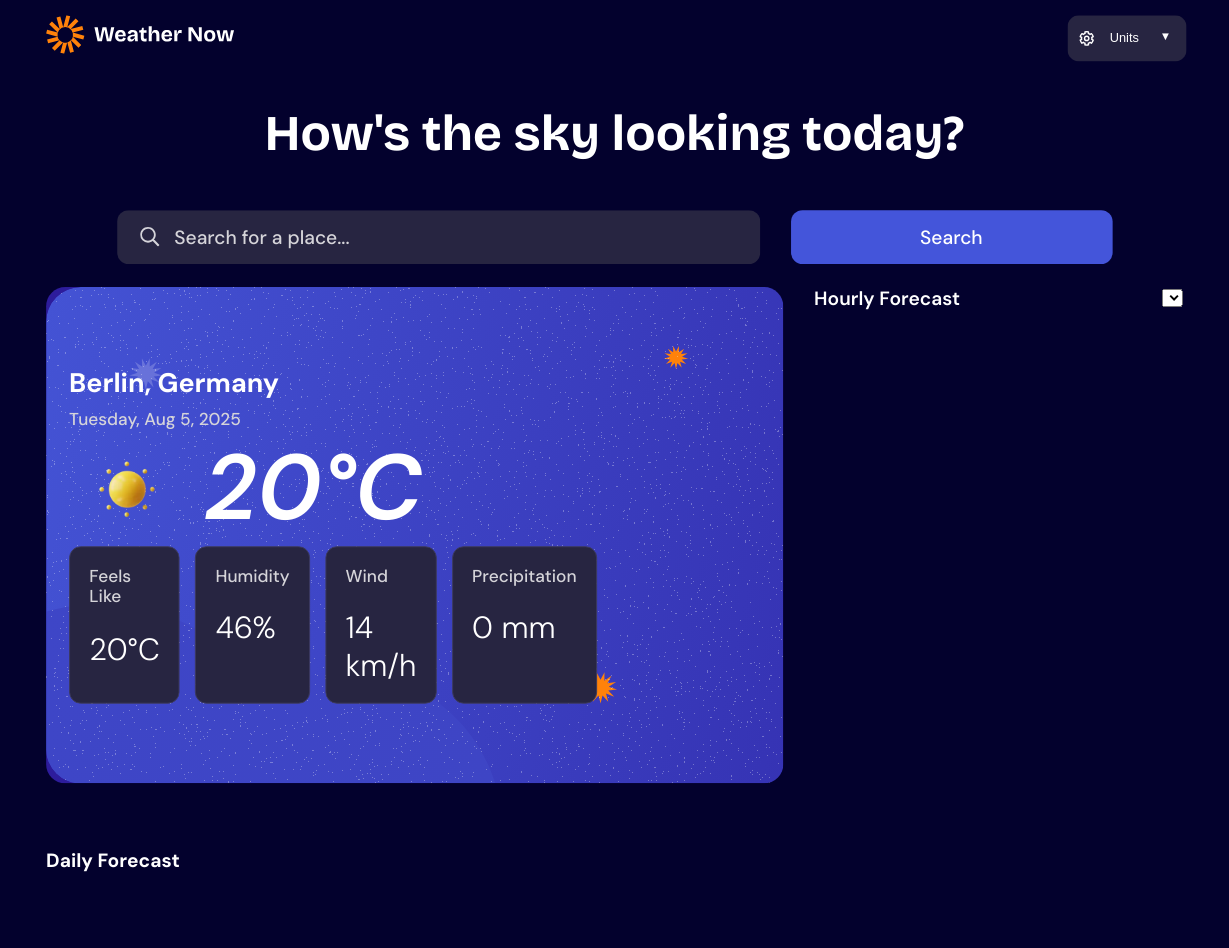
Repository: MKwaak/weather-app-main
Page: index.html
An editor plug-in stored every save of this project. The page is shown before and after the next save, followed by the edit.
The browser window is 1280 px wide. The pictures show the whole page, at 96% of full size.
The page's requests for data from a server got no answer.

Above is the page before, as saved 2026-01-29 00:12:23.

### index.html
<!doctype html>
<html lang="en">
  <head>
    <meta charset="UTF-8" />
    <meta name="viewport" content="width=device-width, initial-scale=1.0" />
    <!-- displays site properly based on user's device -->

    <link
      rel="icon"
      type="image/png"
      sizes="32x32"
      href="/assets/images/favicon-32x32.png"
    />

    <title>Frontend Mentor | Weather app</title>
    <link rel="stylesheet" href="/style.css" />
    <script src="/script.js" defer></script>

    <!-- Feel free to remove these styles or customise in your own stylesheet 👍 -->
    <style>
      .attribution {
        font-size: 11px;
        text-align: center;
      }
      .attribution a {
        color: hsl(228, 45%, 44%);
      }
    </style>
  </head>
  <body>
    <a href="#main" class="skip-link visually-hidden">skip to main content</a>

    <header class="header wrapper">
      <div class="header__content">
        <a class="header__homelink" href="/">
          <img
            class="header__logo"
            src="/assets/images/logo.svg"
            alt="Weather Now Home"
            width="197"
            height="40"
          />
        </a>

        <div class="header__units">
          <label for="ddlUnits" class="visually-hidden"
            >Temperature units</label
          >

          <div class="header__select">
            <select class="header__dropdown" name="units" id="ddlUnits">
              <option value="">Units</option>
              <option value="C">Celsius</option>
              <option value="F">Fahrenheit</option>
            </select>
          </div>
        </div>
      </div>
    </header>

    <main id="main" class="main wrapper">
      <section class="hero">
        <div class="hero__content">
          <h1 class="hero__title">How's the sky looking today?</h1>

          <form class="hero__search">
            <label for="search" class="visually-hidden">Search Location</label>
            <input
              type="text"
              id="search"
              class="hero__textbox"
              placeholder="Search for a place..."
            />
            <button class="hero__button" type="submit">Search</button>
          </form>
        </div>
      </section>

      <div class="dashboard">
        <section class="current">
          <h2 class="visually-hidden">Current Location Temperature</h2>

          <div class="current__content">
            <div class="current__weather">
              <div class="current__location">
                <div id="divCityCountry" class="current__city">
                  Berlin, Germany
                </div>
                <div id="divCurrentDate" class="current__date">
                  Tuesday, Aug 5, 2025
                </div>
              </div>

              <div class="current__info">
                <img
                  class="current__icon"
                  src="/assets/images/icon-sunny.webp"
                  alt=""
                  width="320"
                  height="320"
                />
                <div id="divCurrentTemp" class="current__temp">
                  <span>20</span>°C
                </div>
              </div>
            </div>

            <div class="current__conditions">
              <div class="block current__condition">
                <p class="current__condition-title">Feels Like</p>
                <p id="feels-like" class="current__condition-value">20°C</p>
              </div>

              <div class="block current__condition">
                <p class="current__condition-title">Humidity</p>
                <p id="humidity" class="current__condition-value">46%</p>
              </div>

              <div class="block current__condition">
                <p class="current__condition-title">Wind</p>
                <p id="wind" class="current__condition-value">14 km/h</p>
              </div>

              <div class="block current__condition">
                <p class="current__condition-title">Precipitation</p>
                <p id="precipitation" class="current__condition-value">0 mm</p>
              </div>
            </div>
          </div>
        </section>

        <section class="daily">
          <h2 class="section__title daily__title">Daily Forecast</h2>
          <div class="daily__forecast" id="dailyForecast"></div>
        </section>

        <section class="hourly">
          <div class="hourly__content">
            <div class="hourly__header">
              <h2 class="section__title hourly__title">Hourly Forecast</h2>
              <label for="hourlyDay" class="visually-hidden">Select day</label>
              <select
                name="hourly-day"
                id="hourlyDay"
                class="hourly__timeframe-select"
              >
                <!-- JS will inject current day -->
              </select>
            </div>

            <div class="hourly__hours" id="hourlyForecast">
              <!-- JS will inject hourly blocks here -->
            </div>
          </div>
        </section>
      </div>
    </main>
  </body>
</html>

### style.css
@layer global {
  /* dm-sans-300 - latin */
  @font-face {
    font-display: swap; /* Check https://developer.mozilla.org/en-US/docs/Web/CSS/@font-face/font-display for other options. */
    font-family: "DM Sans";
    font-style: normal;
    font-weight: 300;
    src: url("/assets/fonts/dm-sans-v17-latin-300.woff2") format("woff2"); /* Fixed path */
  }
  /* dm-sans-500 - latin */
  @font-face {
    font-display: swap; /* Check https://developer.mozilla.org/en-US/docs/Web/CSS/@font-face/font-display for other options. */
    font-family: "DM Sans";
    font-style: normal;
    font-weight: 500;
    src: url("/assets/fonts/dm-sans-v17-latin-500.woff2") format("woff2"); /* Fixed path */
  }
  /* dm-sans-600 - latin */
  @font-face {
    font-display: swap; /* Check https://developer.mozilla.org/en-US/docs/Web/CSS/@font-face/font-display for other options. */
    font-family: "DM Sans";
    font-style: normal;
    font-weight: 600;
    src: url("/assets/fonts/dm-sans-v17-latin-600.woff2") format("woff2"); /* Fixed path */
  }
  /* dm-sans-600italic - latin */
  @font-face {
    font-display: swap; /* Check https://developer.mozilla.org/en-US/docs/Web/CSS/@font-face/font-display for other options. */
    font-family: "DM Sans";
    font-style: italic;
    font-weight: 600;
    src: url("/assets/fonts/dm-sans-v17-latin-600italic.woff2") format("woff2"); /* Fixed path */
  }
  /* dm-sans-700 - latin */
  @font-face {
    font-display: swap; /* Check https://developer.mozilla.org/en-US/docs/Web/CSS/@font-face/font-display for other options. */
    font-family: "DM Sans";
    font-style: normal;
    font-weight: 700;
    src: url("/assets/fonts/dm-sans-v17-latin-700.woff2") format("woff2"); /* Fixed path */
  }

  /* bricolage-grotesque-regular - latin */
  @font-face {
    font-display: swap; /* Check https://developer.mozilla.org/en-US/docs/Web/CSS/@font-face/font-display for other options. */
    font-family: "Bricolage Grotesque";
    font-style: normal;
    font-weight: 400;
    src: url("/assets/fonts/bricolage-grotesque-v9-latin-regular.woff2")
      format("woff2"); /* Fixed path */
  }
  /* bricolage-grotesque-700 - latin */
  @font-face {
    font-display: swap; /* Check https://developer.mozilla.org/en-US/docs/Web/CSS/@font-face/font-display for other options. */
    font-family: "Bricolage Grotesque";
    font-style: normal;
    font-weight: 700;
    src: url("/assets/fonts/bricolage-grotesque-v9-latin-700.woff2")
      format("woff2"); /* Fixed path */
  }

  :root {
    --c-neutral-900: hsl(243, 96%, 9%);
    --c-neutral-800: hsl(243, 27%, 20%);
    --c-neutral-700: hsl(243, 23%, 24%);
    --c-neutral-600: hsl(243, 23%, 30%);
    --c-neutral-300: hsl(240, 6%, 70%);
    --c-neutral-200: hsl(250, 6%, 84%);
    --c-neutral-0: hsl(0, 0%, 100%);
    --c-orange-500: hsl(28, 100%, 52%);
    --c-blue-500: hsl(233, 67%, 56%);
    --c-blue-700: hsl(248, 70%, 36%);

    --color-main-bg: var(--c-neutral-900);
    --color-panel-bg-dark: var(--c-neutral-800);
    --color-panel-bg-dark-hover: var(--c-neutral-700);
    --color-panel-bg-medium: var(--c-neutral-700);
    --color-panel-bg-light: var(--c-neutral-600);
    --color-panel-border: var(--c-neutral-600);
    --color-text-light: var(--c-neutral-0);
    --color-text-med-light: var(--c-neutral-200);
    --color-button-bg: var(--c-blue-500);
    --color-button-bg-hover: var(--c-blue-700);

    --fs-96: calc(96 / 16 * 1rem);
    --fs-52: calc(52 / 16 * 1rem);
    --fs-32: calc(32 / 16 * 1rem);
    --fs-28: calc(28 / 16 * 1rem);
    --fs-20: calc(20 / 16 * 1rem);
    --fs-18: calc(18 / 16 * 1rem);
    --fs-16: calc(16 / 16 * 1rem);
    --fs-14: calc(14 / 16 * 1rem);

    --font-size-h1: var(--fs-52);
    --font-size-dropdown: var(--fs-14);
    --font-size-search: var(--fs-20);
    --font-size-city: var(--fs-28);
    --font-size-date: var(--fs-18);
    --font-size-temp: var(--fs-96);
    --font-size-panel-title: var(--fs-18);
    --font-size-panel-value: var(--fs-32);
    --font-size-forecast-title: var(--fs-20);
    --font-size-forecast-day: var(--fs-18);
    --font-size-forecast-temp: var(--fs-16);
    --font-size-forecast-dropdown: var(--fs-16);
    --font-size-forecast-hour: var(--fs-20);

    @media (width >= calc(700 / 16 * 1rem)) {
      --font-size-dropdown: var(--fs-16);
    }

    --color-white: hsl(0, 0%, 100%);
    --color-light-blue: hsl(223, 64%, 98%);
    --color-light-grayish-blue: hsl(223, 23%, 93%);
    --color-dark-grayish-blue: hsl(219, 14%, 63%);
    --color-very-dark-blue: hsl(218, 23%, 16%);
    --font-family-primary: "DM Sans", sans-serif; /* Removed duplicate */
    --font-family-secondary:
      "Bricolage Grotesque", sans-serif; /* Removed duplicate */
  }

  *,
  *::before,
  *::after {
    box-sizing: border-box;
  }
  * {
    margin: 0;
  }

  img {
    max-width: 100%;
  }

  body {
    font-family: "DM Sans", Arial, Helvetica, sans-serif;
    font-weight: 500;
    background-color: var(--color-main-bg);
    color: var(--color-text-light);
    line-height: 1.2;
    padding-block-end: 80px;
  }

  h1 {
    font-family: "Bricolage Grotesque", Arial, Helvetica, sans-serif;
  }

  input,
  button,
  textarea {
    font: inherit;
    width: 100%;
    border: none;
  }

  .wrapper {
    display: grid;
    /* Gebruik 'minmax' voor de middelste kolom om stabiliteit te forceren */
    grid-template-columns:
      1fr
      minmax(0, calc(1200 / 16 * 1rem))
      1fr;
    padding-inline: 16px; /* Dit vervangt die calc(100% - 32px) logica op een cleanere manier */

    @media (width >= calc(700 / 16 * 1rem)) {
      grid-template-columns:
        1fr
        minmax(0, calc(1184 / 16 * 1rem))
        1fr;
      padding-inline: 24px;
    }

    > * {
      grid-column: 2;
    }
  }

  .visually-hidden {
    position: absolute;
    left: -10000px;
    top: auto;
    width: 1px;
    height: 1px;
    overflow: hidden;
  }

  .main {
    width: 100%;
    max-width: 1280px; /* pick a number and stick to it */
    margin-inline: auto;
    padding-inline: 24px;
  }

  .dashboard {
    display: grid;
    gap: 32px;
    grid-template-areas:
      "current"
      "daily"
      "hourly";
    @media (width >= calc(1000 / 16 * 1rem )) {
      gap: 48px 32px;
      grid-template-columns: minmax(0, 2fr) minmax(0, 1fr);
      grid-template-areas:
        "current current hourly"
        "daily daily hourly";
    }
  }

  .block {
    background-color: var(--color-panel-bg-dark);
    border: 1px solid var(--color-panel-border);
    border-radius: 12px;
  }

  .visually-hidden {
    position: absolute !important;
    width: 1px;
    height: 1px;
    padding: 0;
    margin: -1px;
    overflow: hidden;
    clip: rect(0, 0, 0, 0);
    clip-path: inset(50%);
    white-space: nowrap;
    border: 0;
  }

  .skip-link:focus {
    position: absolute;
    left: 16px;
    right: 16px;
    width: auto;
    height: auto;
    margin: 0;
    clip-path: none;
    white-space: normal;
    background-color: var(--color-main-bg);
    color: var(--color-text-light);
    padding: 10px 14px;
    z-index: 1000;
  }
}

@layer component {
  .header {
    .header__content {
      display: flex;
      align-items: center;
      justify-content: space-between;
      padding-block-start: 16px;
    }

    .header__homelink {
    }
    .header__logo {
      width: calc(137 / 16 * 1rem);

      @media screen and (width >= calc(700 / 16 * 1rem)) {
        width: calc(197 / 16 * 1rem);
      }
    }

    .header__select {
      position: relative;
      width: 120px;
      height: 44px;
      overflow: visible; /* important for debugging */
    }

    .header__select::after {
      content: "▼";
      position: absolute;
      right: 12px;
      top: 50%;
      transform: translateY(-50%);
      font-size: 12px;
      color: white;
      pointer-events: none;
    }

    .header__dropdown {
      /*background-image: url("/assets/images/icon-units.svg"); This line is in HTML */
      appearance: none;
      -webkit-appearance: none;
      -moz-appearance: none;

      height: 48px;
      padding: 0 1rem 0 2.75rem;
      line-height: 48px;

      background-color: var(--color-panel-bg-dark);
      background-image: url("/assets/images/icon-units.svg");
      background-repeat: no-repeat;
      background-position: 0.75rem center;
      background-size: 16px;

      color: var(--color-text-light);
      border: none;
      border-radius: 12px;
      cursor: pointer;
    }
  }

  .hero {
    .hero__content {
      display: grid;
      justify-items: stretch; /* Dwingt kinderen om breedte te pakken */
      padding-block-start: 48px;
      width: 100%;
    }

    .hero__title {
      font-size: var(--font-size-h1);
      margin-block-end: 48px;
      text-align: center;
      line-height: 1.2;

      @media (width < calc(1000 / 16 * 1rem)) {
        max-width: 15ch;
      }
    }

    /* Hero search container */
    .hero__search {
      display: grid;
      grid-template-columns: 1fr;
      gap: 16px;

      /* MATCH DE DASHBOARD-LOGICA: */
      width: 100%;
      max-width: 1037px; /* Zorg dat dit exact gelijk is aan de max-width van je dashboard */
      margin-inline: auto; /* Dit centreert de balk, net zoals bij het dashboard */
      margin-block-end: 24px;

      @media (min-width: calc(1000 / 16 * 1rem)) {
        /* Gebruik exact dezelfde kolommen en gap als in je dashboard */
        grid-template-columns: 2fr 1fr;
        gap: 32px;
        align-items: center;
      }
    }

    /* Input box */
    .hero__textbox {
      appearance: none;
      -webkit-appearance: none;

      background-color: var(--color-panel-bg-dark);
      background-image: url("/assets/images/icon-search.svg");
      background-repeat: no-repeat;
      background-position: 24px center;
      color: var(--color-text-light);
      font-size: var(--font-size-search);
      padding: 16px 20px 16px 60px;
      border: none;
      border-radius: 12px;
      width: 100%; /* fill available space in grid */
      min-width: 0; /* allow shrinking in grid */
      box-sizing: border-box; /* include padding in width */
    }

    /* remove default focus outline */
    .hero__textbox:focus {
      outline: none;
    }

    /* accessible keyboard focus */
    .hero__textbox:focus-visible {
      box-shadow: 0 0 0 2px var(--color-panel-border);
    }

    /* placeholder text */
    .hero__textbox::placeholder {
      color: var(--color-text-med-light);
    }

    /* hover */
    .hero__textbox:hover {
      background-color: var(--color-panel-bg-dark-hover);
    }

    .hero__textbox:-webkit-autofill {
      -webkit-box-shadow: 0 0 0 1000px var(--color-panel-bg-dark) inset;
      -webkit-text-fill-color: var(--color-text-light);
    }

    /* Search button */
    .hero__button {
      background-color: var(--c-blue-500);
      border-radius: 12px;
      font-size: var(--font-size-search);
      color: var(--color-text-light);
      padding: 16px 24px; /* keep top/bottom padding */
      transition: background-color 120ms ease-in-out;
      height: 100%; /* match input height when side-by-side */
    }

    .hero__button:hover {
      /* Fixed nested selector */
      background-color: var(--color-button-bg-hover);
      cursor: pointer;
    }
  }

  .current {
    grid-area: current;
    min-width: 0; /* allow shrinking in grid */
    width: 100%; /* Dwingt de container op de grid-breedte *

    .current__weather {
      /* --- Standaard styles (Mobile First) --- */
      display: flex;
      flex-direction: column;
      gap: 16px;
      margin-block-end: 20px;
      padding: 40px 24px;
      /* width: 100%;  Cruciaal */
      background-image: url(/assets/images/bg-today-small.svg);
      background-repeat: no-repeat;
      background-color: var(--c-blue-700);
      background-size: cover;
      background-position: center-bottom;
      border-radius: 20px;
      overflow: hidden;

      /* --- Desktop aanpassingen (In de selector geschoven) --- */
      @media (width >= calc(700 / 16 * 1rem)) {
        display: grid; /* Veranderd van flex naar grid voor stabiliteit */
        /* We maken de kolommen EXTREEM voorspelbaar */
        grid-template-columns: 1fr 280px; /* <--- De 'Nuclear' kolom-fix */
        align-items: center;
        background-image: url(/assets/images/bg-today-large.svg);
        gap: 0;
        padding-block: 83px;

        /* Geen justify-content of flex-direction meer nodig door Grid */
      }

      .current__location {
        min-width: 0; /* Voorkomt dat lange namen de bak oprekken */
        text-align: center;
        @media (width >= calc(700 / 16 * 1rem)) {
          text-align: left; /* Op desktop wil je de stad links hebben staan */
        }
      }

      .current__city {
        /* ... je bestaande styles ... */
        font-size: var(--font-size-city);
        font-weight: 700;
        margin-block-end: 12px;
        white-space: nowrap; /* Dwingt de naam op één regel */
        overflow: hidden; /* Verbergt wat buiten de bak steekt */

        min-width: 0;        /* HEEL BELANGRIJK: staat de groei stil */
        max-width: 100%;     /* Mag nooit breder dan de kolom */
        overflow: hidden;    /* Voor de zekerheid */
        text-overflow: ellipsis; /* Voor de zekerheid */
      }
    }

    .current__date {
      font-size: var(--font-size-date);
      color: var(--color-text-med-light);
    }

    .current__info {
      /* Deze container zit nu in de kolom van 280px. */
      display: flex;
      align-items: center;
      gap: 20px;
      flex-shrink: 0;
      /* Mobiel: gewoon de breedte van de inhoud */
      width: auto;
      justify-content: center; /* Plakt het icoon strak tegen de rechterkant */

      @media (width >= calc(700 / 16 * 1rem)) {
        width: 280px; /* Match dit met de kolombreedte in je grid */
        justify-content: flex-end; /* Alleen op desktop rechts uitlijnen */
        flex-shrink: 0; /* Verboden om te krimpen of groeien */
      }
    }

    .current__icon {
      width: 120px;
      height: auto;
    }

    .current__temp {
      /* font-size: var(--font-size-temp); */
      font-size: var(--fs-96); /* We gebruiken direct de variabele voor de zekerheid */
      line-height: 1;
      /* letter-spacing: -0.02em;*/
      font-weight: 600;
      font-style: italic;
      /* De temperatuur mag de bak niet groter maken */
      display: inline-block;
      min-width: 1.6ch;
      text-align: right;
    }

    .current__conditions {
      display: grid;
      grid-template-columns: repeat(2, 1fr);
      gap: 16px;

      @media (width >= calc(700 / 16 * 1rem)) {
        grid-template-columns: repeat(4, 1fr);
      }

      .current__condition {
        padding: 20px;
      }

      .current__condition-title {
        font-size: var(--font-size-panel-title);
        color: var(--color-text-med-light);
        margin-block-end: 24px;
      }

      .current__condition-value {
        font-size: var(--font-size-panel-value);
        font-weight: 300;
      }
    }
  }

  .daily {
    grid-area: daily;
  }

  .daily__title {
    font-size: var(--font-size-forecast-title);
  }

  .daily__forecast {
    display: grid;
    grid-template-columns: repeat(3, 1fr);
    gap: 16px;

    @media (width >= calc(700 / 16 * 1rem)) {
      grid-template-columns: repeat(7, 1fr);
    }
  }

  .daily__day {
    display: grid;
    justify-items: center;
    gap: 16px;
    padding: 16px 10px;
    text-align: center;
  }

  .daily__day-title {
    font-size: var(--font-size-forecast-day);
  }

  .daily__day-icon {
    width: 60px;
    height: auto;
  }

  .daily__day-temps {
    display: flex;
    justify-content: space-between;
    font-size: var(--font-size-forecast-temp);
    justify-self: stretch;
    /*width: 100%;*/
  }

  .daily__day-high {
  }

  .daily__day-low {
    color: var(--color-text-med-light);
  }
}

.hourly {
  grid-area: hourly;
  display: flex;
  flex-direction: column;
  height: 100%; /* 👈 allow full grid height */
  background-color: var(--color-panel-bg-dark);
  border-radius: 20px;
  padding: 20px 16px;
}

.hourly__header {
  display: flex;
  justify-content: space-between;
  align-items: center;
  margin-block-end: 16px;
}

.hourly__title {
  font-size: var(--font-size-forecast-title);
  font-weight: 600;
}

.hourly__select {
}

.hourly__select-day {
}

/* Hourly container */
.hourly__hours {
  flex: 1; /* fill remaining height of .hourly */
  display: flex;
  flex-direction: column; /* stack vertically */
  gap: 12px; /* spacing between hour blocks */
  overflow-y: auto; /* scroll if too many hours */
  padding-right: 4px; /* optional for scrollbar spacing */
}

/* Hourly blocks */
.hourly__hour {
  display: grid;
  grid-template-columns: auto 1fr auto; /* icon | time | temp */
  align-items: center;
  padding: 12px 16px; /* slightly bigger padding for height */
  background-color: var(--color-panel-bg-medium);
  border: 1px solid var(--color-panel-border);
  border-radius: 8px;

  flex: 1 1 0; /* 👈 make each hour block grow equally */
  min-height: 60px; /* optional, keeps them readable */
}

.hourly__hour-icon {
  width: 32px;
  height: 32px;
}

.hourly__hour-time {
  text-align: left;
}

.hourly__hour-temp {
  text-align: right;
}

/* Highlight current hour */
.hourly__hour.current {
  border: 2px solid var(--color-accent);
  background-color: var(--color-panel-bg-light);
}

/* Dashboard wrapper */
.dashboard {
  display: grid;
  width: 100%; /* DIT zorgt dat hij niet 'ademt' met de tekst mee */
  max-width: calc(
    1184 / 16 * 1rem
  ); /* Zo is het gelijk aan de wrapper max-width */
  row-gap: 24px; /* vertical spacing between panels */
  column-gap: 32px; /* horizontal spacing between columns */
  margin: 0 auto; /* center horizontally */
  grid-template-areas:
    "current"
    "daily"
    "hourly";
}

@media (width >= calc(1000 / 16 * 1rem)) {
  .dashboard {
    gap: 48px 32px;
    /* DIT IS DE KEY: we vervangen 2fr 1fr door dit: */
    grid-template-columns: minmax(0, 2fr) minmax(0, 1fr);

    grid-template-areas:
      "current hourly"
      "daily   hourly";
  }
}
/* Debug outlines - remove these later
.hero__content {
  outline: 2px solid red !important;
}
.hero__search {
  outline: 2px solid lime !important;
}
.dashboard {
  outline: 2px solid cyan !important;
}
  */

Loaded but not shown: script.js (391 lines, source omitted)

After the next save:
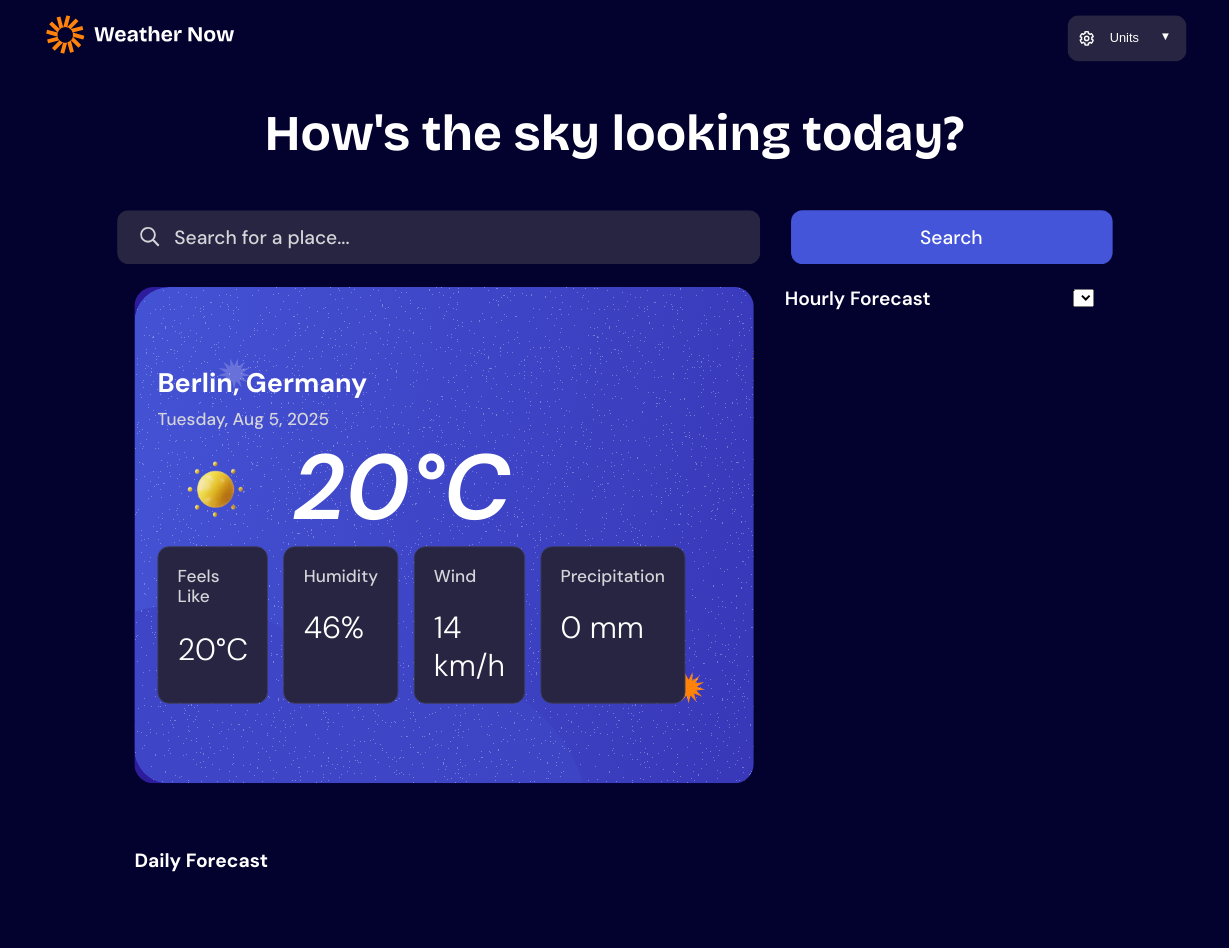
Saved 3 min 49 s later.
--- a/style.css
+++ b/style.css
@@ -651,8 +651,9 @@
 /* Dashboard wrapper */
 .dashboard {
   display: grid;
-  width: 100%; /* DIT zorgt dat hij niet 'ademt' met de tekst mee */
-  max-width: calc(
+  /*width: 100%; /* DIT zorgt dat hij niet 'ademt' met de tekst mee */
+  width: 1000px !important;
+  /* max-width: calc(
     1184 / 16 * 1rem
   ); /* Zo is het gelijk aan de wrapper max-width */
   row-gap: 24px; /* vertical spacing between panels */
